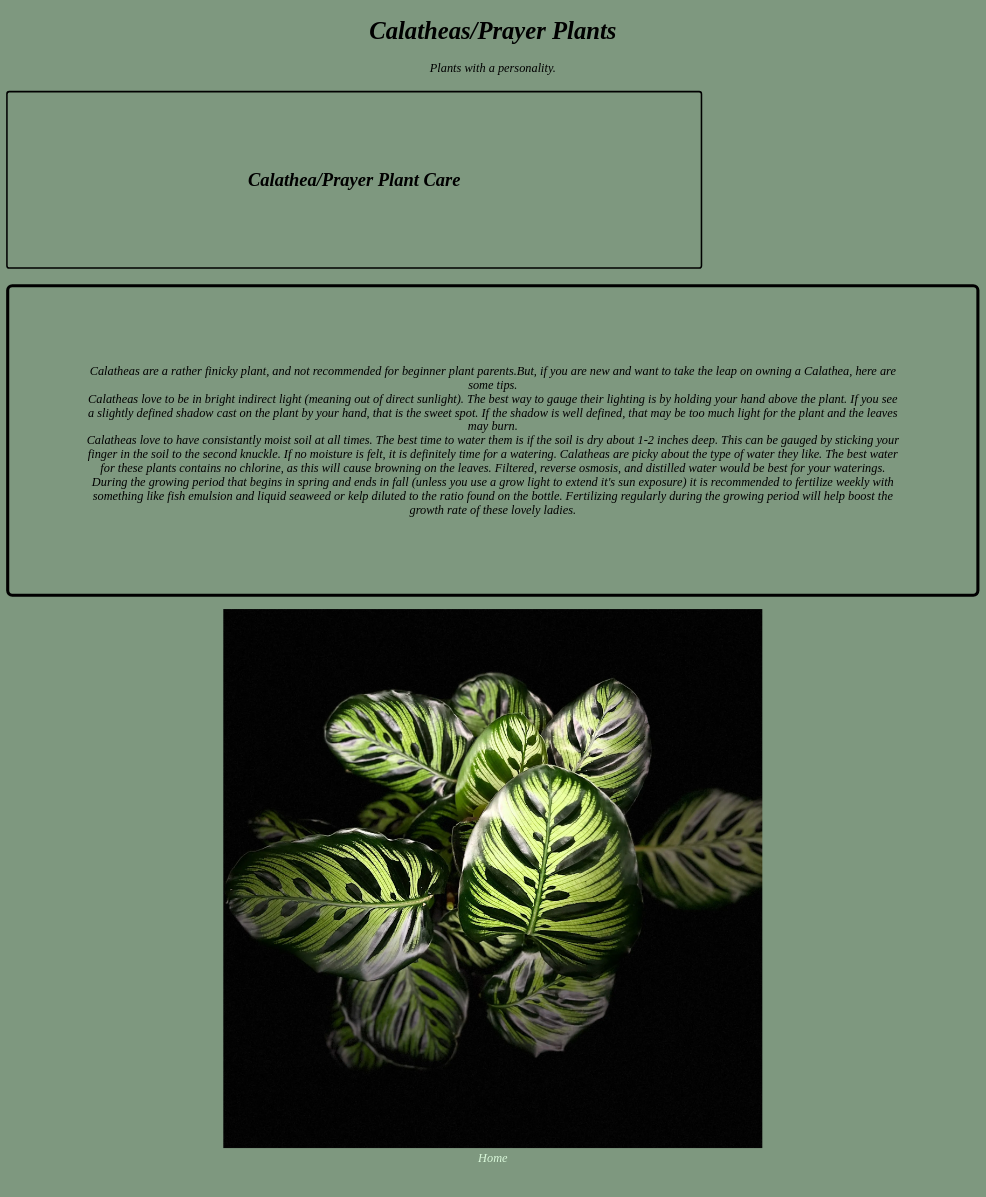
Repository: swillis91/odin-recipies
Page: Planty Page/calatheas.html
The author's editor kept a copy of each file at every save. The page is drawn from the files as they stood at one save, then again after the next save.
The browser window is 1280 px wide. The pictures show the whole page, at 77% of full size.

Above is the page before, as saved 2023-08-11 00:50:09.

### Planty Page/calatheas.html
<!DOCTYPE html>
    <html>
        <head>
            <title>Calatheas</title>
            <link href="style.css" rel="stylesheet"
        </head>
        <body>
            <h1>Calatheas/Prayer Plants</h1>
              <p>Plants with a personality.</p>
            <h2 class="species">Calathea/Prayer Plant Care</h2>
              <p class="care">Calatheas are a rather finicky plant, and not recommended for beginner plant parents.But, if you are new and want to take the leap on owning a Calathea, here are some tips.
                <br>
                Calatheas love to be in bright indirect light (meaning out of direct sunlight). The best way to gauge their lighting is by holding your hand above the plant. If you see a slightly defined shadow cast on the plant by your hand, that is the sweet spot. If the shadow is well defined, that may be too much light for the plant and the leaves may burn.
                <br>
                Calatheas love to have consistantly moist soil at all times. The best time to water them is if the soil is dry about 1-2 inches deep. This can be gauged by sticking your finger in the soil to the second knuckle. If no moisture is felt, it is definitely time for a watering. Calatheas are picky about the type of water they like. The best water for these plants contains <em>no</em> chlorine, as this will cause browning on the leaves. Filtered, reverse osmosis, and distilled water would be best for your waterings.
                <br>
                During the growing period that begins in spring and ends in fall (unless you use a grow light to extend it's <i>sun</i> exposure) it is recommended to fertilize weekly with something like fish emulsion and liquid seaweed or kelp diluted to the ratio found on the bottle. Fertilizing regularly during the growing period will help boost the growth rate of these lovely ladies.</p>
                <img src="./Images/makoyana.webp" id="calathea makoyana" width="700px">
            <footer>
                <nav>
                    <a href="./index.html" class="navigation">Home</a>

                </nav>
            </footer>
        </body>
    </html>

### Planty Page/style.css
body{
    background-color: rgb(126, 152, 127);
    color:black;
    text-align: center;
    font-family:cursive;
    font-style: oblique;
}

.heading{
    color: rgba(0, 0, 0, 0.974);
    border: 2px solid rgb(0, 3, 3);
    background-image: url('Images/banner.jpg');
    height: 75px;
    margin: 0 auto;
    padding:50px 20px;

}

.species{
    padding: 100px;
    border: 2px solid black;
    border-radius: 4px;
    max-width: 700px;
}

.care{
    padding:100px;
    border: 4px solid black;
    border-radius: 8px;
    position: 50%;
}

#calathea-makoyana{
    width: 500px;
    Height: auto:
}

.navigation{
    color:rgb(216, 247, 217);
    text-decoration: none;
}

After the next save:
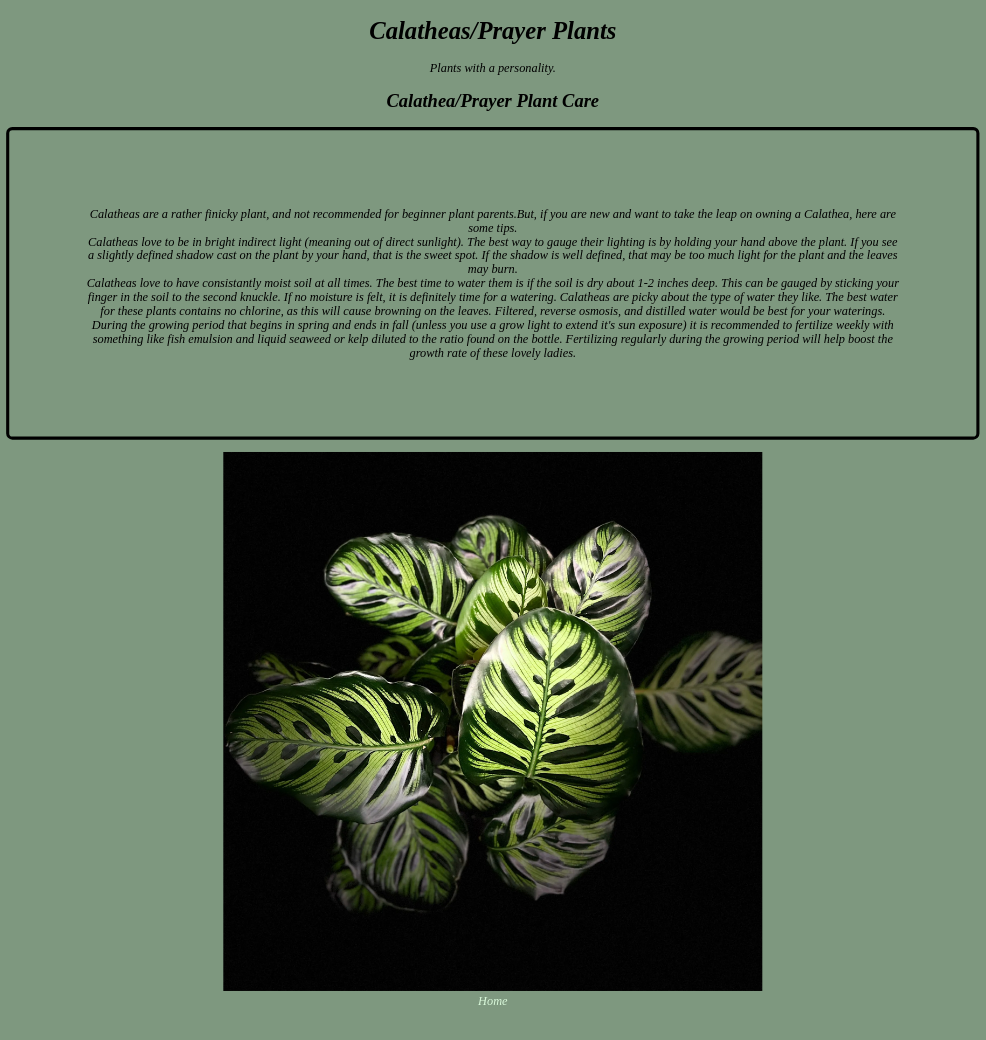
Saved 21 h 56 min later.
--- a/Planty Page/style.css
+++ b/Planty Page/style.css
@@ -16,11 +16,9 @@ body{
 
 }
 
-.species{
-    padding: 100px;
-    border: 2px solid black;
-    border-radius: 4px;
-    max-width: 700px;
+div.box{
+    border:2px solid black;
+
 }
 
 .care{
